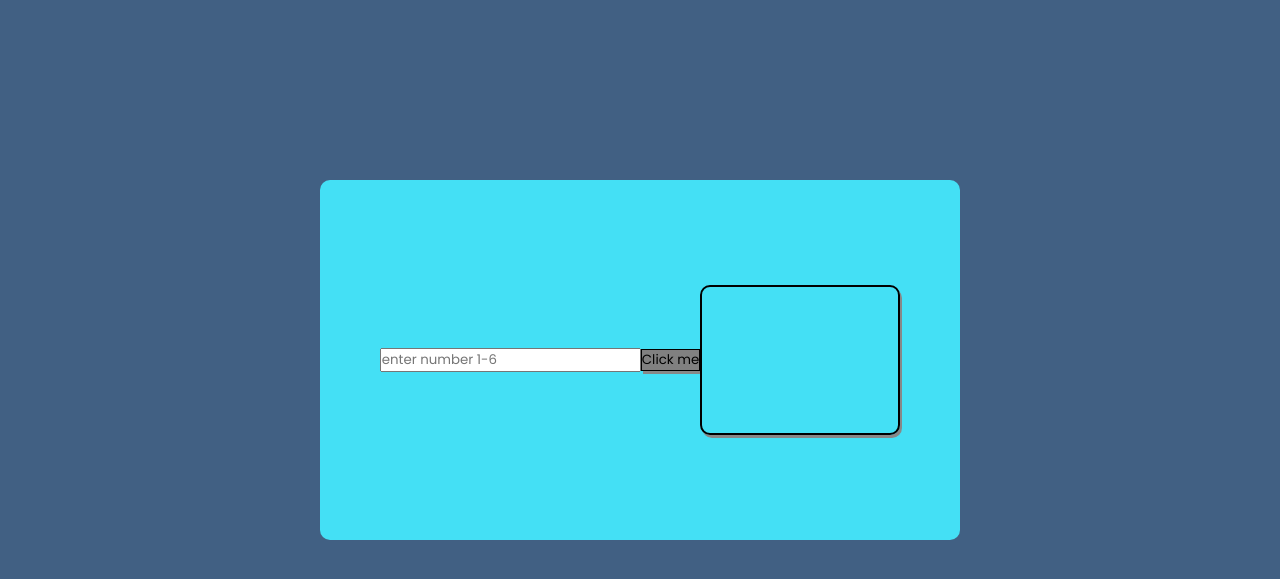
Repository: Seryozha02/Guessing-Game
Page: promise.html
These files come from the project's save history. The page is drawn as it stood at one moment and after a run of saves; the edit follows.
The browser window is 1280 px wide. The pictures show the whole page.

Above is the page before, as saved 2022-02-23 14:14:39.

After the next 2 saves:
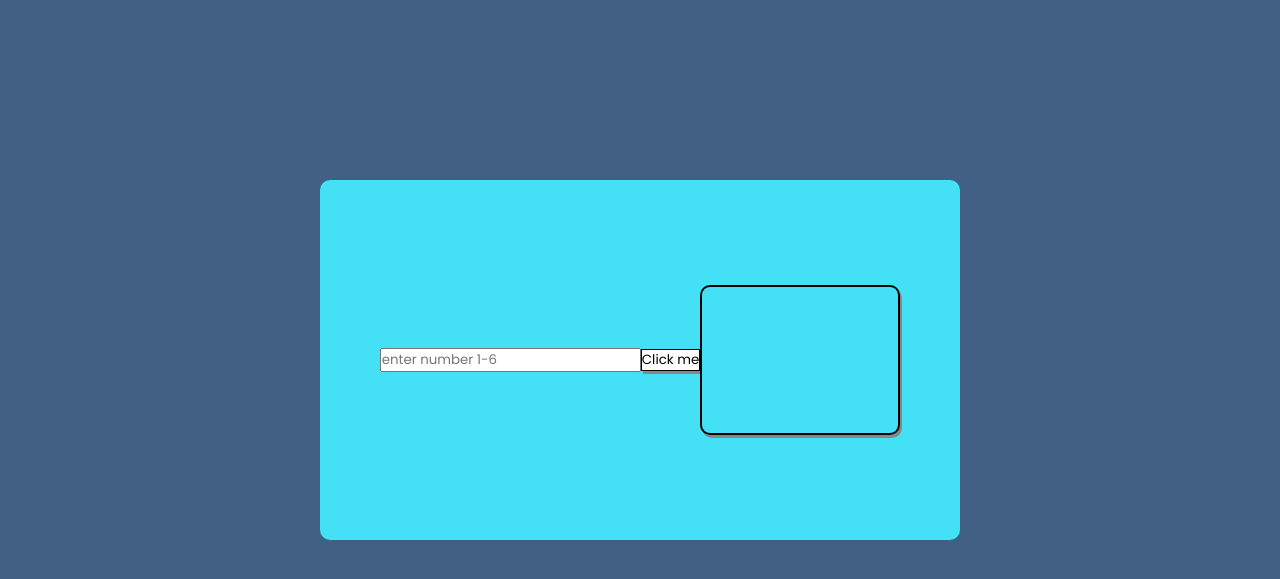
The 2 saves are shown as one change because they came seconds apart.
The last was saved 9 s later.
--- a/promise.css
+++ b/promise.css
@@ -41,7 +41,7 @@
 }
 
 .btn {
-    background-color: grey;
+    background-color: white;
     border: 1px solid;
     box-shadow: 2px 3px #888888;
 }
